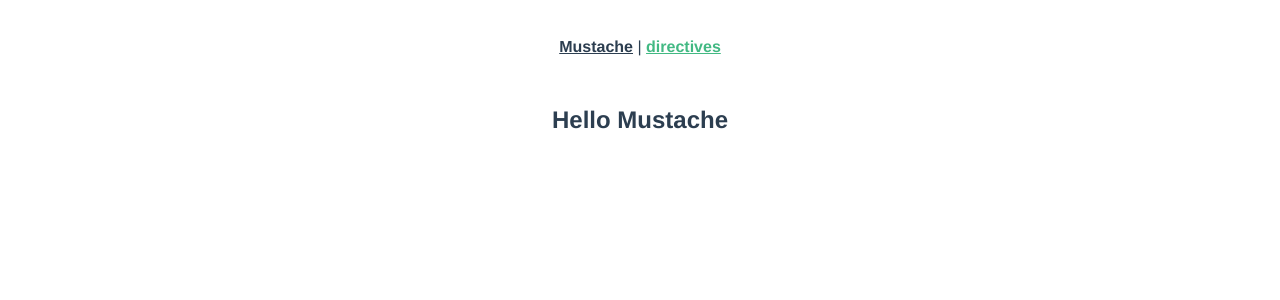
Repository: yeyanghui0616/my-vue2-learning
Page: /directives
An editor plug-in stored every save of this project. The page is shown before and after a run of saves, followed by the edit.
The browser window is 1280 px wide. The pictures show the whole page.
The project was rebuilt for these pictures with package versions that can differ from the ones it lists, and the page was loaded fresh each time. Also part of the build but not shown: src/views/Mustache.vue.

Above is the page before, as saved 2023-08-30 21:17:22.

After the next 4 saves:
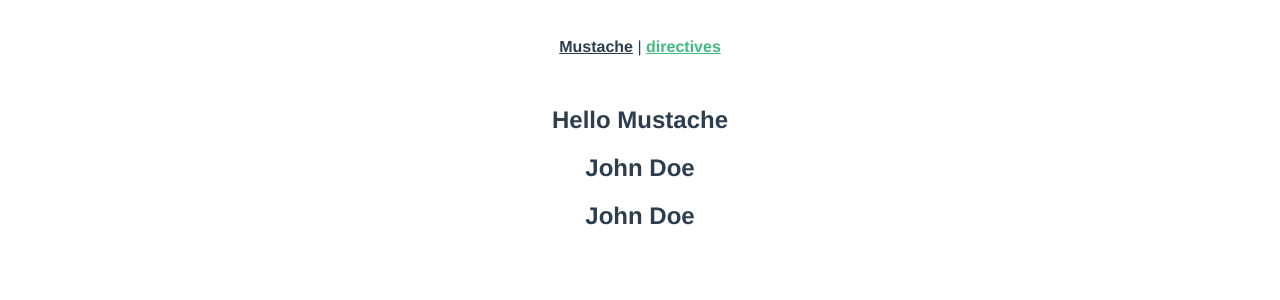
The 4 saves are shown as one change because they came seconds apart.
The last was saved 10 s later.
--- a/src/views/directives.vue
+++ b/src/views/directives.vue
@@ -1,6 +1,7 @@
 <template>
 	<div>
 		<h2>Hello {{ name }}</h2>
+		<h2>{{ firstName }} {{ lastName }}</h2>
 		<h2>{{ firstName }} {{ lastName }}</h2>
 	</div>
 </template>
@@ -10,6 +11,8 @@ export default {
 	data() {
 		return {
 			name: "Mustache",
+			firstName: "John",
+			lastName: "Doe",
 		};
 	},
 
